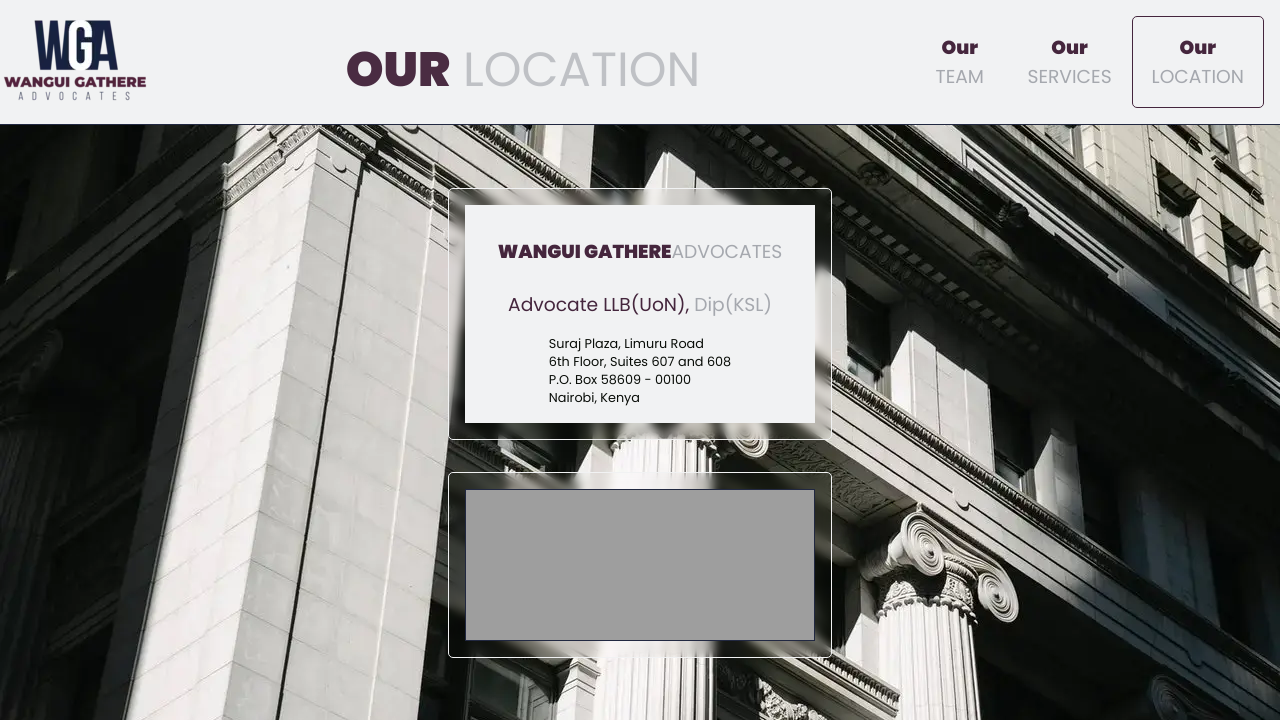
Repository: aronvaupel/wangui
Page: /location
An editor plug-in stored every save of this project. The page is shown before and after the next save, followed by the edit.
The browser window is 1280 px wide. The pictures show the whole page.
Pictures or frames that could not be fetched are drawn as grey boxes. Some web fonts or font styles are not loaded; a fallback is used. The project was rebuilt for these pictures with package versions that can differ from the ones it lists, and the page was loaded fresh each time. Also part of the build but not shown: src/components/menu/menu.tsx, src/components/svg/burger.tsx, src/components/Header/HeaderMobile.module.css, src/components/Header/HeaderMobile.tsx, src/components/svg/arrowUp.module.css, src/components/svg/arrowUp.tsx, src/components/Footer/Footer.module.css, src/components/Footer/Footer.tsx and 17 more.

Above is the page before, as saved 2021-11-01 08:08:58.

After the next save:
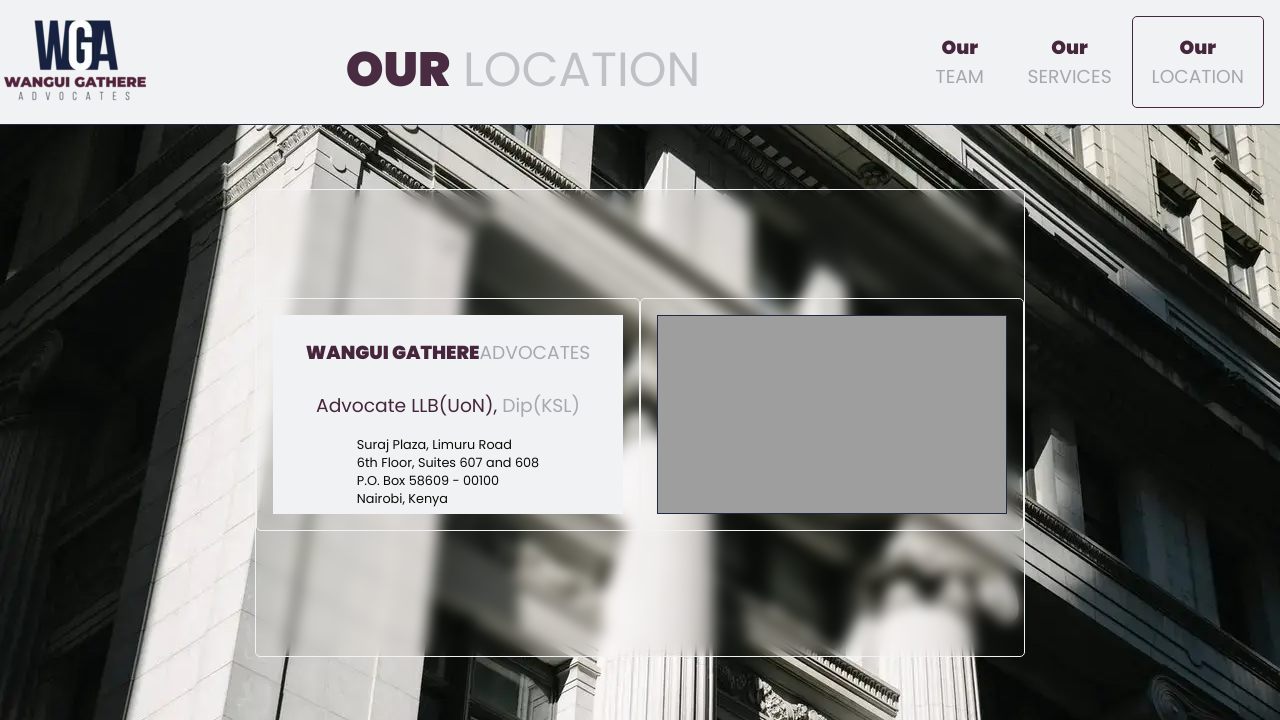
Saved 2 s later.
--- a/src/pages/Location/LocationDesktop.module.css
+++ b/src/pages/Location/LocationDesktop.module.css
@@ -26,6 +26,19 @@
     opacity: 1;
   }
 }
+
+.gapMakerDesktop {
+  height: 65vh;
+  display: flex;
+  justify-content: center;
+  align-items: center;
+  backdrop-filter: blur(7px);
+  background-color: transparent;
+  border: 1px solid var(--clr-background);
+  border-radius: 5px;
+}
+
+
 .section {
   padding: 1rem;
   margin: 1rem 0 2rem 0;
